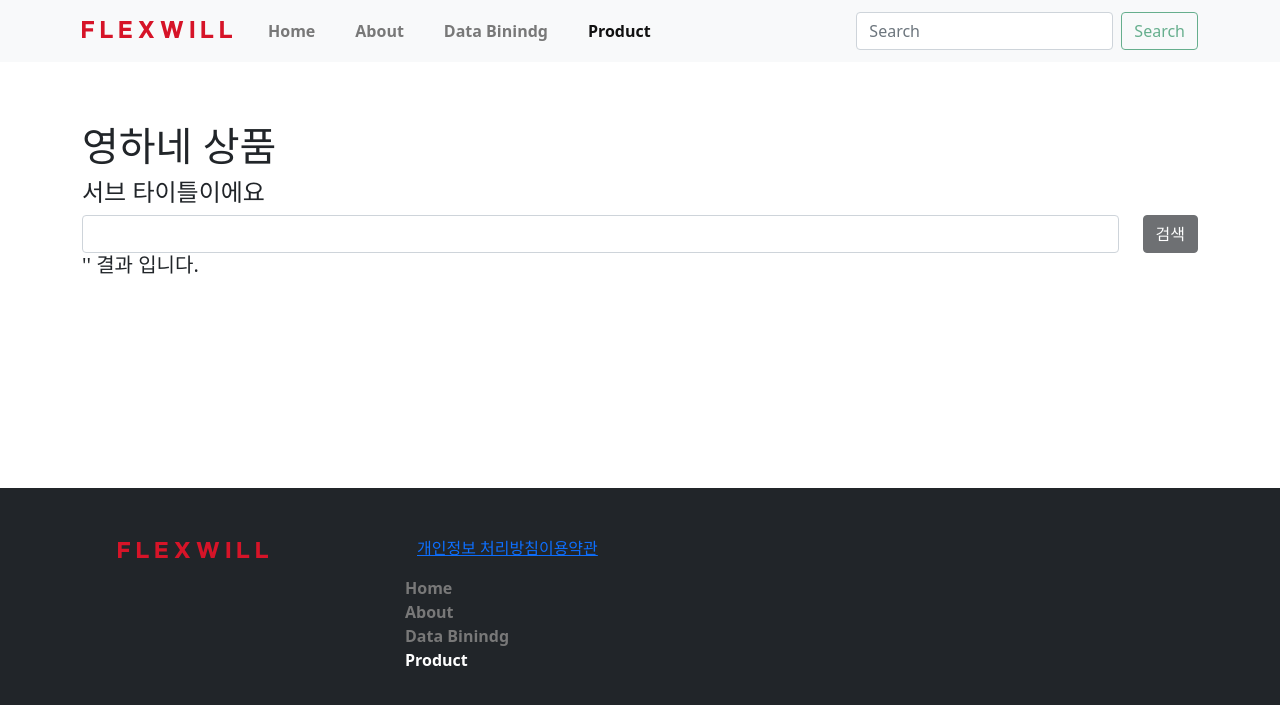
Repository: jang0ha/vue
Page: /product
The author's editor kept a copy of each file at every save. The page is drawn from the files as they stood at one save, then again after the next save.
The browser window is 1280 px wide. The pictures show the whole page.
The project was rebuilt for these pictures with package versions that can differ from the ones it lists, and the page was loaded fresh each time. Also part of the build but not shown: vue.config.js, src/views/HomeView.vue, src/views/AboutView.vue.

Above is the page before, as saved 2022-04-19 12:02:46.

After the next save:
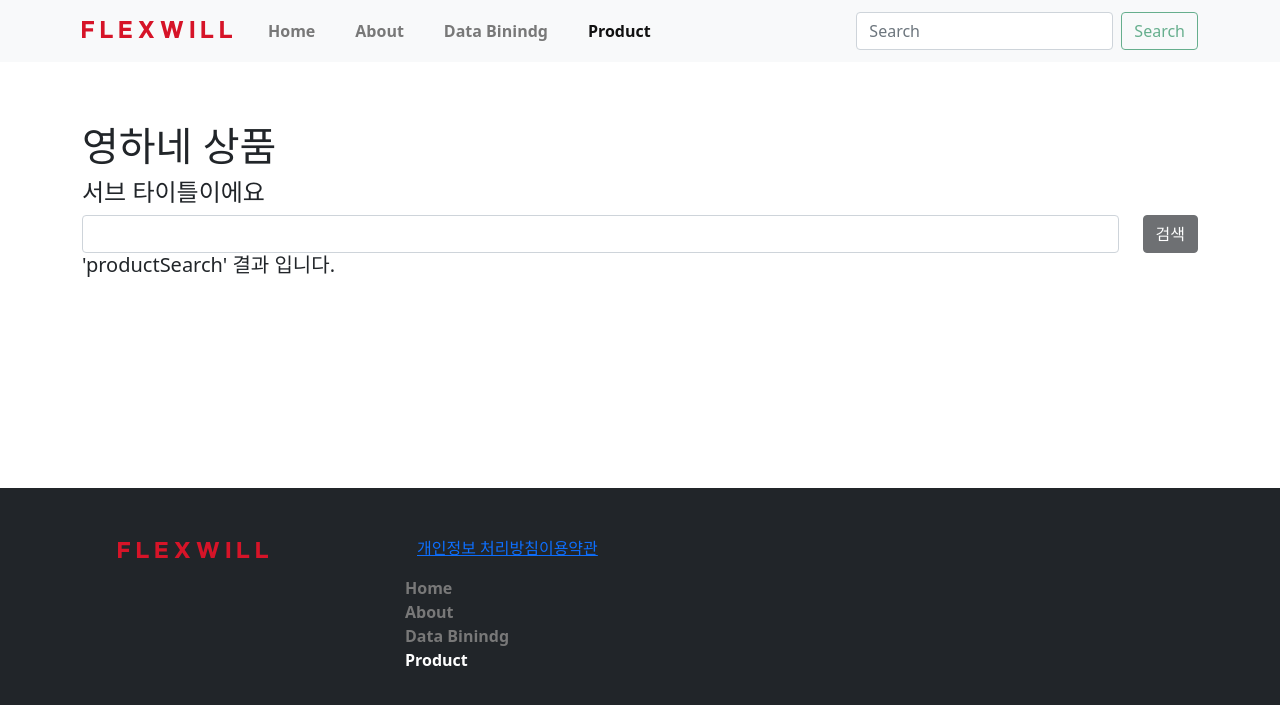
Saved 112 s later.
--- a/src/views/ProductView.vue
+++ b/src/views/ProductView.vue
@@ -24,7 +24,7 @@
             title: "영하네 상품",
             subtitle: "서브 타이틀이에요",
             productSearch:"",
-            productSearchView:""
+            productSearchView:"productSearch"
         };
     },
 

After the 3 saves that followed:
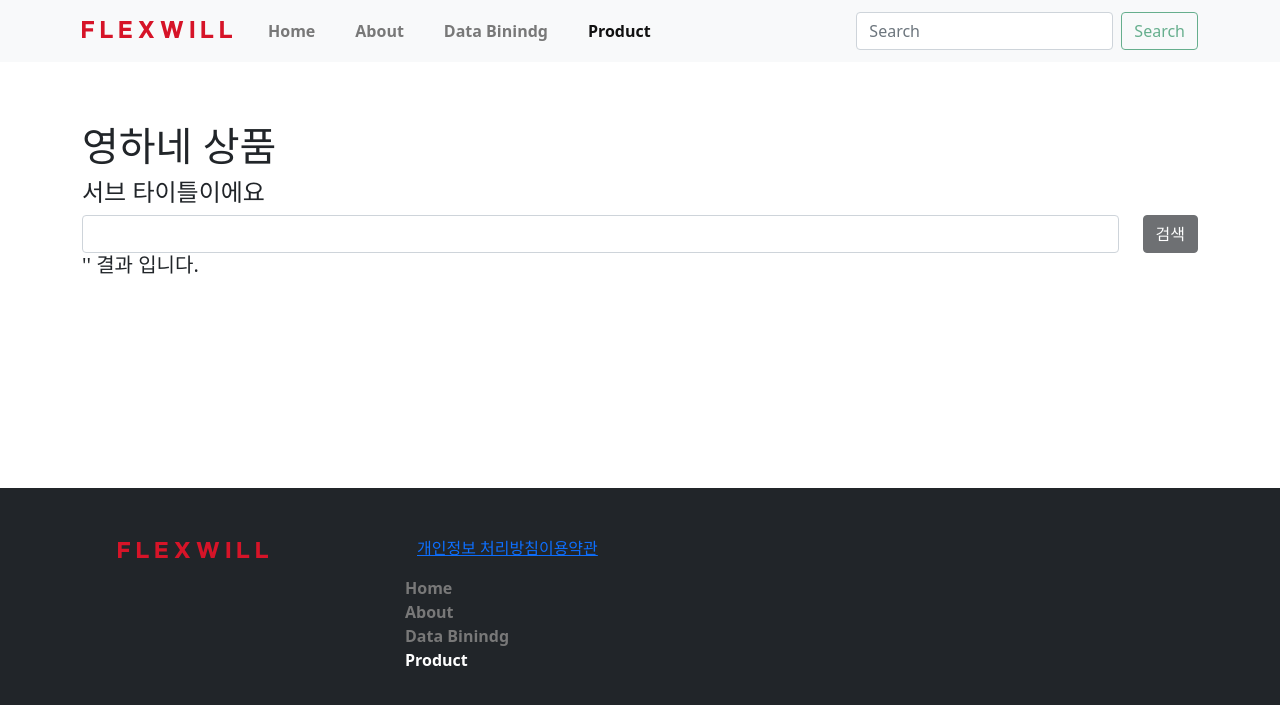
The 3 saves are shown as one change because 1 did not build or start and some came seconds apart.
The last was saved 31 s later.
--- a/src/views/ProductView.vue
+++ b/src/views/ProductView.vue
@@ -24,7 +24,7 @@
             title: "영하네 상품",
             subtitle: "서브 타이틀이에요",
             productSearch:"",
-            productSearchView:"productSearch"
+            productSearchView:""
         };
     },
 
